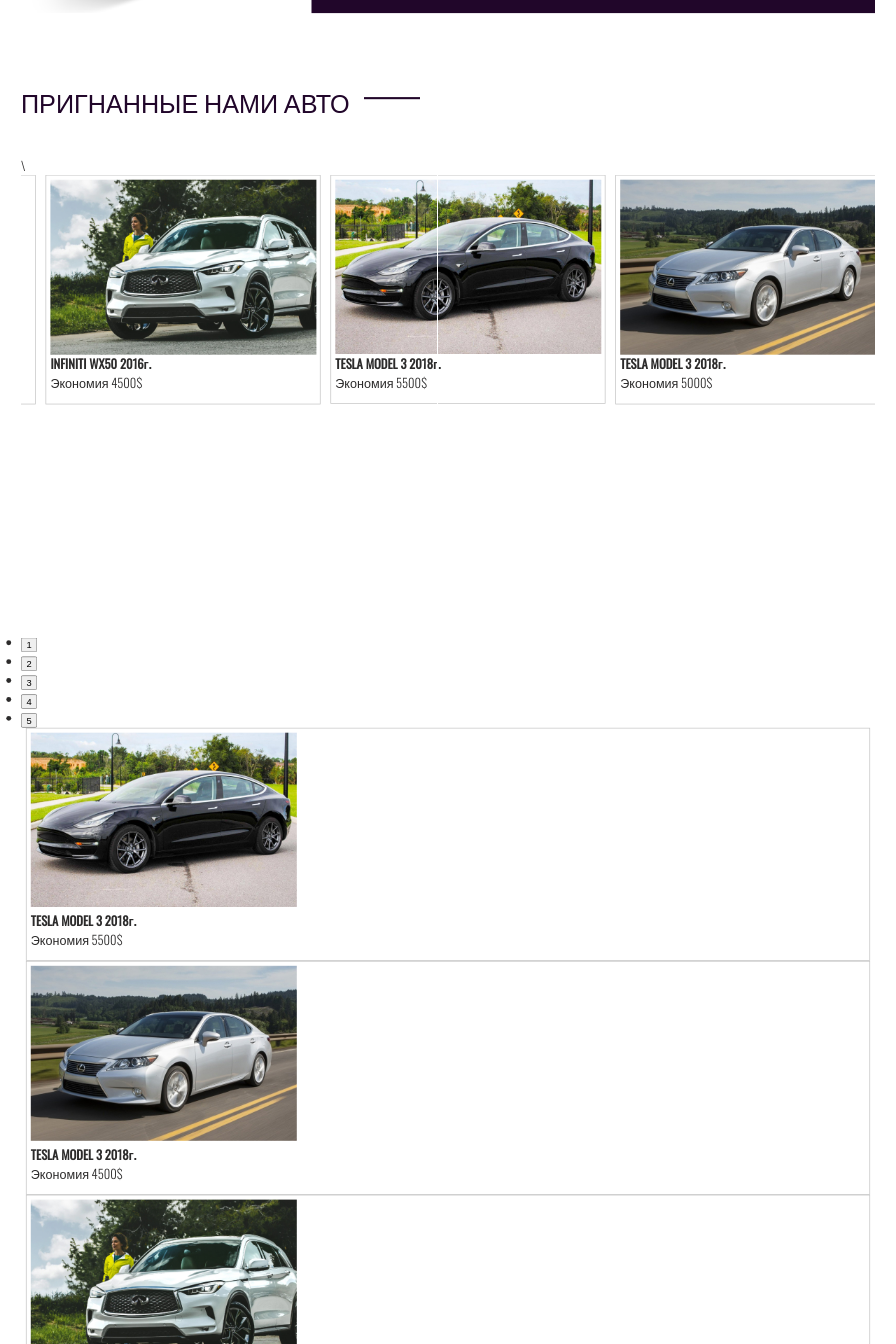
Repository: AlexandrLewandowski/site-1
Page: index.html
The author's editor kept a copy of each file at every save. The page is drawn from the files as they stood at one save, then again after the next save.
The browser window is 1280 px wide. The pictures show the part of the page from y = 2674 to 4594 px (the page is 4815 px tall), at 70% of full size.

Above is the page before, as saved 2024-05-06 18:12:25.

### index.html
<!DOCTYPE html>
<html lang="en">

<head>
    <meta charset="UTF-8">
    <meta name="viewport" content="width=device-width, initial-scale=1.0">
    <meta http-equiv="X-UA-Compatible" content="ie=edge">
    <title>Mustang</title>
    <link rel="preconnect" href="https://fonts.googleapis.com">
    <link rel="preconnect" href="https://fonts.gstatic.com" crossorigin>
    <link href="https://fonts.googleapis.com/css2?family=Oswald:wght@300;400&display=swap" rel="stylesheet">
    <link rel="stylesheet" href="css/reset.css">
    <link rel="stylesheet" href="css/slick.css">
    <link rel="stylesheet" href="css/jquery.fancybox.css">
    <link rel="stylesheet" href="css/style.css">
</head>

<body>

    <header class="header">
        <div class="container">
            <div class="header__top">
                <a class="logo" href="#">
                    <img class="logo__img" src="images/logo.svg" alt="logo">
                </a>
                <a class="phone" href="tel:88005553535">8-800-555-35-35</a>
            </div>
            <div class="header__content">
                <h1 class="header__title">
                    Авто из США "под ключ"
                </h1>
                <h2 class="header__subtitle">
                    Закажи себе авто из США с выгодой до 40%
                </h2>
                <p class="header__text">
                    Покупка, доставка, растаможка, ремонт и оформление по договору
                </p>
                <a class="button" href="#">консультация эксперта</a>
                <div class="header__social">
                    <a class="header__social-link" href="#">
                        <img class="header__social-img" src="images/icon/instagram.svg" alt="">
                    </a>
                    <a class="header__social-link" href="#">
                        <img class="header__social-img" src="images/icon/telegram.svg" alt="">
                    </a>
                    <a class="header__social-link" href="#">
                        <img class="header__social-img" src="images/icon/whatsapp.svg" alt="">
                    </a>
                    <a class="header__social-link" href="#">
                        <img class="header__social-img" src="images/icon/facebook.svg" alt="">
                    </a>
                </div>
                <img class="header__images" src="images/ford-mustang.png" alt="ford mustang">
            </div>
        </div>
    </header>

    <section class="services">
        <div class="container">
            <h2 class="title">Наши услуги</h2>
            <div class="services__inner">
                <div class="services__content">
                    <div class="services__content-box">
                        <h6 class="services__content-title">
                            Почему ввоз авто из США
                        </h6>
                        <div class="services__content-textbox">
                            <p class="services__content-text">
                                Мы сравнили рынки США с Европейскими и поняли, что покупка автомобиля в Америке выгоднее
                                в несколько раз, как бы парадоксально это не звучало. Это вызвано продуманной
                                логистикой, уровнем развития сервисов по оцениванию состояния авто и самим процессом
                                покупки автомобиля.
                            </p>
                            <p class="services__content-text">
                                Большинство граждан США берут автомобиль в лизинг на несколько лет и все время
                                эксплуатации сама лизинговая компания занимается постоянным ТО автомобиля, вследствие
                                чего, машины из США – один из лучших выборов для автолюбителей иностранных авто.
                            </p>
                        </div>
                    </div>
                    <div class="services__content-box">
                        <h6 class="services__content-title">
                            Из-за чего низкая цена?
                        </h6>
                        <div class="services__content-textbox">
                            <p class="services__content-text">
                                Битые автомобили из США выкупаются с аукционов страховых компаний. На этих аукционах
                                машина теряет половину цены даже из-за минимальных повреждений. Если учитывать денежные
                                затраты, а именно выкуп, доставку, таможню и ремонт, то цена аналогичного по состоянию
                                автомобиля в СНГ будет выше на 35-50%, а новые будут стоить космических денег.
                            </p>
                        </div>
                    </div>
                    <a class="button button--decor" href="#">консультация эксперта</a>
                </div>
                <ol class="services__list">
                    <li class="services__item">
                        <p class="services__item-title">Покупка авто</p>
                        <p class="services__item-text">Подбор автомобиля и экспертная проверка</p>
                    </li>
                    <li class="services__item">
                        <p class="services__item-title">Доставка морем</p>
                        <p class="services__item-text">Расчет оптимальной стоимости доставки авто</p>
                    </li>
                    <li class="services__item">
                        <p class="services__item-title">Растаможка авто</p>
                        <p class="services__item-text">Прохождение таможенного оформления (2-3 дня)</p>
                    </li>
                    <li class="services__item">
                        <p class="services__item-title">Ремонт авто</p>
                        <p class="services__item-text">Комплексный ремонт автомобиля на СТО</p>
                    </li>
                    <li class="services__item">
                        <p class="services__item-title">Сертификация</p>
                        <p class="services__item-text">Услуга предоставляется по желанию</p>
                    </li>
                    <li class="services__item">
                        <p class="services__item-title">Постановка на учет</p>
                        <p class="services__item-text">Оформление автомобиля в СНГ</p>
                    </li>
                </ol>
            </div>
        </div>
    </section>
    <section class="benefits">
        <div class="container">
            <div class="benefits__inner">
                <img CLASS="benefits__images" src="images/car.png" alt="car">
                <div class="benefits__content">
                    <h2 class="title benefits__title">Почему мы?</h2>
                    <ul class="benefits__list">
                        <li class="benefits__item">
                            <p class="benefits__item-num">
                                650
                            </p>
                            <p class="benefits__item-title">Успешно доставленных авто</p>
                            <p class="benefits__item-text">Большой опыт пригона автомобилей из США под ключ, все клиенты
                                остались довольны</p>
                        </li>
                        <li class="benefits__item">
                            <p class="benefits__item-num">
                                5
                            </p>
                            <p class="benefits__item-title">лет на рынке СНГ</p>
                            <p class="benefits__item-text">Работает по всей территории СНГ, работаем по договору с
                                клиентами</p>
                        </li>
                        <li class="benefits__item">
                            <p class="benefits__item-num">
                                100%
                            </p>
                            <p class="benefits__item-title">доверия клиентов</p>
                            <p class="benefits__item-text">Онлайн отчетность. Вы всегда в курсе статуса подбора вашего
                                авто. Фото и видео отчет</p>
                        </li>
                    </ul>
                </div>
            </div>
        </div>
    </section>
    <section class="carousel">
        <div class="container">
            <h2 class="title">
                Пригнанные нами авто
            </h2>
            <div class="carousel__inner">\
                <div class="carousel__item">
                    <div class="carousel__item-box">
                        <img class="carousel__item-img" src="images/carousel/1.jpg" alt="carousel1">
                        <h4 class="carousel__item-title">INFINITI WX50 2016г.</h4>
                        <p class="carousel__item-text">Экономия 4500$</p>
                    </div>
                </div>
                <div class="carousel__item">
                    <div class="carousel__item-box">
                        <img class="carousel__item-img" src="images/carousel/2.jpg" alt="carousel2">
                        <h4 class="carousel__item-title">TESLA MODEL 3 2018г.</h4>
                        <p class="carousel__item-text">Экономия 5500$</p>
                    </div>
                </div>
                <div class="carousel__item">
                    <div class="carousel__item-box">
                        <img class="carousel__item-img" src="images/carousel/3.jpg" alt="carousel3">
                        <h4 class="carousel__item-title">TESLA MODEL 3 2018г.</h4>
                        <p class="carousel__item-text">Экономия 5000$</p>
                    </div>
                </div>
                <div class="carousel__item">
                    <div class="carousel__item-box">
                        <img class="carousel__item-img" src="images/carousel/2.jpg" alt="carousel2">
                        <h4 class="carousel__item-title">INFINITI QX50 2017г.</h4>
                        <p class="carousel__item-text">Экономия 5000$</p>
                    </div>
                </div>
                <div class="carousel__item-box">
                    <img class="carousel__item-img" src="images/carousel/1.jpg" alt="carousel1">
                    <h4 class="carousel__item-title">INFINITI WX50 2016г.</h4>
                    <p class="carousel__item-text">Экономия 4500$</p>
                </div>
            </div>
            <div class="carousel__item">
                <div class="carousel__item-box">
                    <img class="carousel__item-img" src="images/carousel/2.jpg" alt="carousel1">
                    <h4 class="carousel__item-title">TESLA MODEL 3 2018г.</h4>
                    <p class="carousel__item-text">Экономия 5500$</p>
                </div>
            </div>
            <div class="carousel__item">
                <div class="carousel__item-box">
                    <img class="carousel__item-img" src="images/carousel/3.jpg" alt="carousel1">
                    <h4 class="carousel__item-title">TESLA MODEL 3 2018г.</h4>
                    <p class="carousel__item-text">Экономия 4500$</p>
                </div>
            </div>
            <div class="carousel__item">
                <div class="carousel__item-box">
                    <img class="carousel__item-img" src="images/carousel/1.jpg" alt="carousel1">
                    <h4 class="carousel__item-title">INFINITI QX50 2017г.</h4>
                    <p class="carousel__item-text">Экономия 5000$</p>
                </div>
            </div>
        </div>
        </div>
    </section>

    <script src="https://ajax.googleapis.com/ajax/libs/jquery/3.4.1/jquery.min.js"></script>
    <script src="js/slick.min.js"></script>
    <script src="js/jquery.fancybox.min.js"></script>
    <script src="js/main.js"></script>
</body>

</html>

### css/style.css
*,
*::after *::before {
    box-sizing: border-box;
}

body {
    font-family: "Oswald", sans-serif;
    font-size: 18px;
    line-height: 27px;
    font-weight: 300;
    color: #2C2B2B;
}

a {
    text-decoration: none;
    color: inherit;
    display: inline-block;
}

.container {
    max-width: 1220px;
    margin: 0 auto;
    padding: 0 10px;
}

.header {
    background-image: url(../images/header-bg.jpg);
    background-repeat: no-repeat;
    background-size: cover;
    background-position: top center;
    min-height: 700px;
    color: #fff;
}

.header__top {
    padding: 47px 0 46px;
    display: flex;
    justify-content: space-between;
    align-items: center;
}

.phone {
    font-weight: 400;
    font-size: 36px;
    line-height: 54px;
}

.header__content {
    padding-top: 60px;
    position: relative;
}

.header__title {
    font-size: 72px;
    font-weight: 400;
    line-height: 107px;
    text-transform: uppercase;
}

.header__subtitle {
    font-size: 36px;
    line-height: 54px;
    font-weight: 400;
    text-transform: uppercase;
    margin-bottom: 30px;
}

.header__text {
    margin-bottom: 30px;
    max-width: 800px;
}

.button {
    font-size: 14px;
    line-height: 21px;
    text-transform: uppercase;
    padding: 14px 54px 15px;
    background-color: #5A0D67;
    transition: all .5s;
}

.button:hover {
    color: #5A0D67;
    background-color: #fff;
}

.header__social {
    padding: 70px 0 20px 65px;
    ;
    display: flex;
    align-items: center;
}

.header__social-link {
    margin-right: 10px;
}

.header__images {
    position: absolute;
    right: 0;
    bottom: -265px;
}

.services {
    padding-top: 350px;
}

.title {
    color: #21062A;
    font-size: 36px;
    line-height: 54px;
    font-weight: 400;
    text-transform: uppercase;
    margin-bottom: 50px;
    position: relative;
}

.title::after {
    content: '';
    width: 80px;
    height: 3px;
    background-color: #21062A;
    position: absolute;
    top: 20px;
    margin-left: 20px;
}

.services__inner {
    display: flex;
    margin-bottom: 100px;
}

.services__content {
    width: 505px;
    margin-right: 96px;
}

.services__content-box {}

.services__content-title {
    color: #5A0D67;
    font-size: 18px;
    line-height: 27px;
    font-weight: 300;
    margin-bottom: 12px;
}

.services__content-textbox {
    margin-bottom: 57px;
}

.services__content-text {
    margin-bottom: 12px;
}

.button--decor {
    margin-top: -7px;
    color: #fff;
    border: solid;
    position: relative;
}

.button--decor::after {
    content: 'ЖМИ';
    color: #c4c4c4;
    margin-left: 130px;
    position: absolute;
}

.button--decor::before {
    content: '';
    width: 80px;
    height: 2px;
    background-color: #c4c4c4;
    position: absolute;
    right: -65px;
    top: 24px;
}

.services__list {
    list-style: none;
    counter-reset: my-counter;
}

.services__item {
    counter-increment: my-counter;
    border: 2px solid #c4c4c4;
    margin-bottom: 12px;
    width: 450px;
    padding: 10px 15px 10px 113px;
    position: relative;
    transition: all .5s;
    cursor: pointer;
}

.services__item::before {
    content: '0'counter(my-counter);
    position: absolute;
    left: 20px;
    font-size: 36px;
    line-height: 54px;
    font-weight: 400;
    color: #c4c4c4;
    transform: rotate(270deg);
    transition: all .5s;
}

.services__item:hover {
    border: 2px solid #5a0D67;
}

.services__item:hover services__item-title {
    color: #5A0D67;
    width: 500px;
}

.services__item:hover::before {
    color: #5A0D67;
}

.services__item-title {
    font-size: 24px;
    font-weight: 300;
}

.benefits {
    margin-bottom: 100px;
}

.benefits__inner {
    display: flex;
}

.benefits__images {
    margin-right: 95px;
}

.benefits__content {
    width: 100%;
    color: #fff;
}

.benefits__title {
    margin-left: 185px;
}

.benefits__list {
    list-style: none;
    background-color: #21062A;
    padding: 25px 0 25px 185px;
}

.benefits__item {
    width: 320px;
    margin-bottom: 20px;
}

.benefits__item-num {
    font-size: 36px;
    line-height: 54px;
    font-weight: 400;
}

.benefits__item-title {
    font-size: 24px;
    line-height: 36px;
    font-weight: 300;
}

.benefits__item-text {
    color: #c4c4c4;

}

.carousel {
    margin-bottom: 100px;
}

.carousel__item-box {
    border: 1px solid #c4c4c4;
    padding: 6px 6px 16px 6px;
    margin: 0 7px;
}

### js/main.js
$(function () {

    $('.carousel__inner').slick({
        arrows: false,
        dots: true,
        slidesToShow: 3
    });


});

Loaded but not shown: css/reset.css (common file); css/slick.css (common file); css/jquery.fancybox.css (library); js/slick.min.js (library); js/jquery.fancybox.min.js (library)

After the next save:
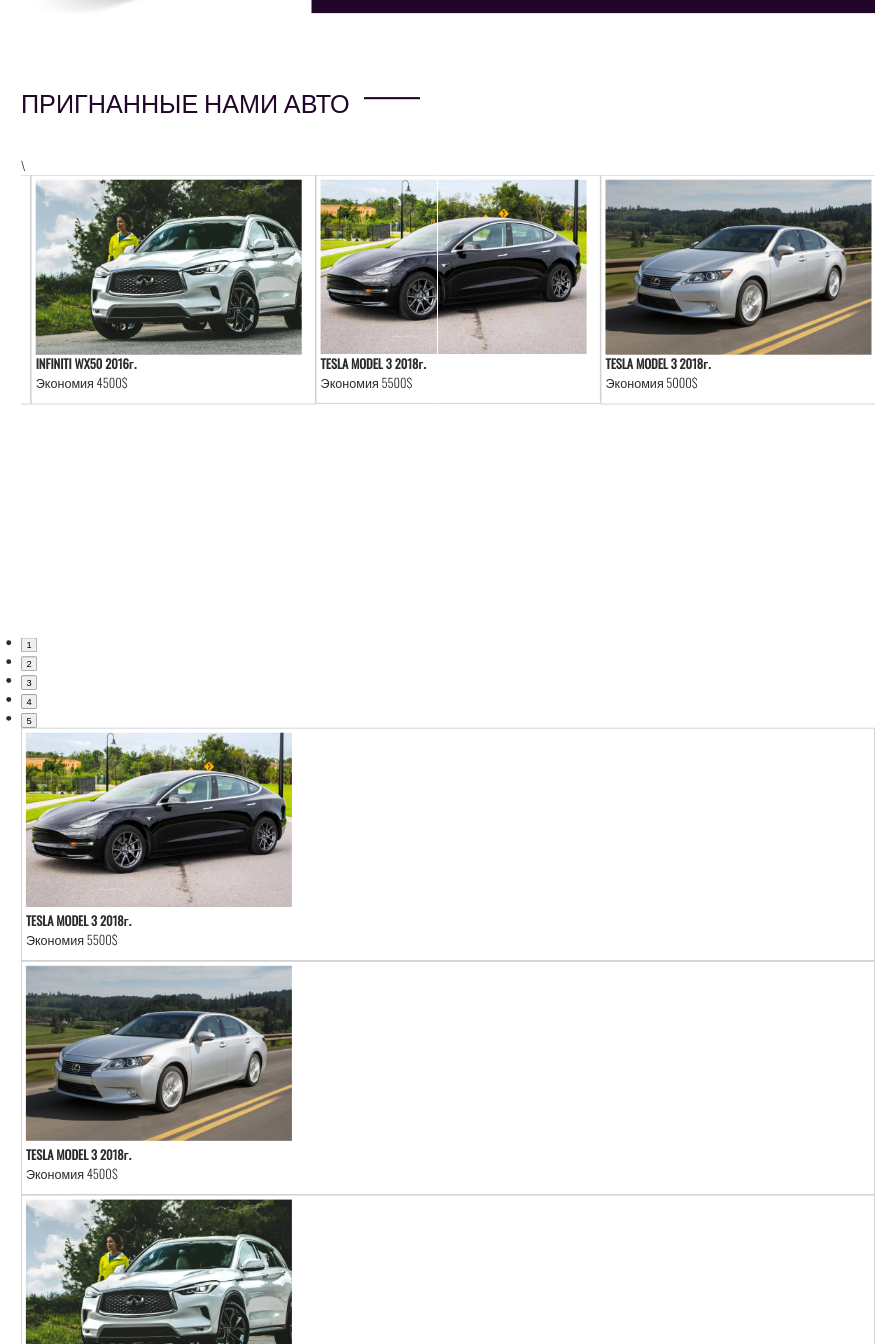
Saved 15 min 5 s later.
--- a/css/style.css
+++ b/css/style.css
@@ -276,8 +276,12 @@
     margin-bottom: 100px;
 }
 
+.carousler__item {
+    margin: 0 7px;
+}
+
 .carousel__item-box {
     border: 1px solid #c4c4c4;
     padding: 6px 6px 16px 6px;
-    margin: 0 7px;
-}
+
+}
